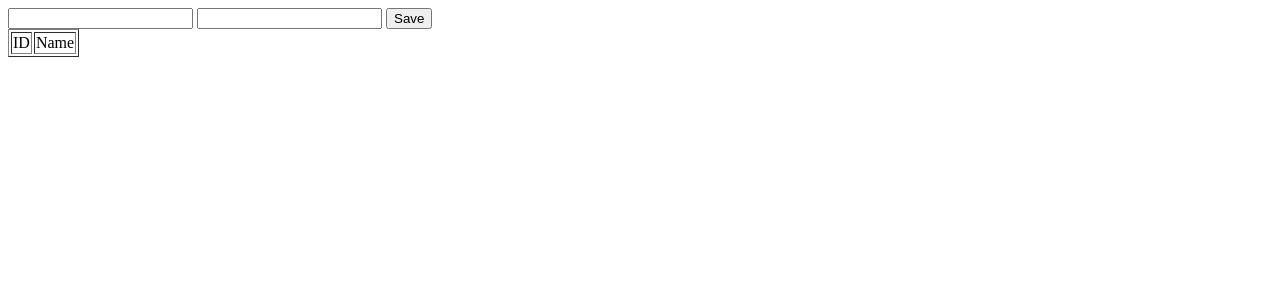
Repository: minhtuan16/JS-Basic
Page: JavaScript Begin/htmldom.html
An editor plug-in stored every save of this project. The page is shown before and after the next save, followed by the edit.
The browser window is 1280 px wide. The pictures show the whole page.

Above is the page before, as saved 2022-06-03 19:29:29.

After the next save:
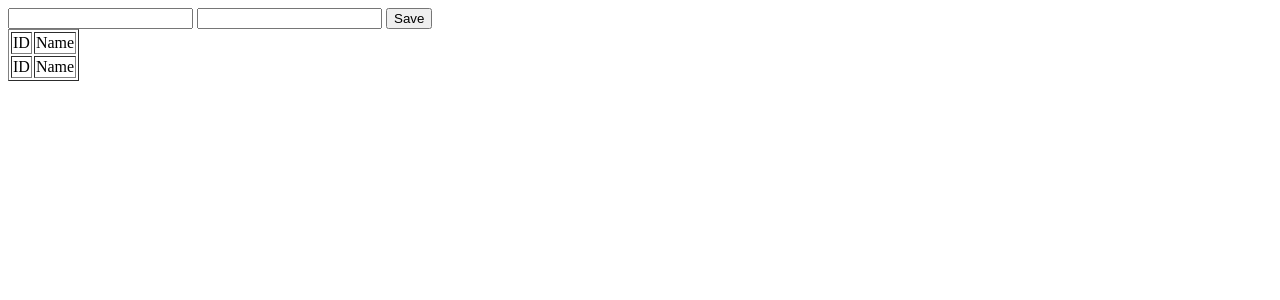
Saved 3 min 34 s later.
--- a/JavaScript Begin/htmldom.html
+++ b/JavaScript Begin/htmldom.html
@@ -19,7 +19,10 @@
         </tr>
 
         <tbody id="tableBody">
-
+            <tr>
+                <td>ID</td>
+                <td>Name</td>
+            </tr>
         </tbody>
     </table>
 
@@ -37,6 +40,12 @@
 
             tdId.innerHTML = person.id;
             tdName.innerHTML = person.name;
+
+            tr.appendChild(tdId);
+            tr.appendChild(tdName);
+
+            var tableBody = document.getElementById("tableBody");
+            tableBody.appendChild(tr)
         }
     </script>
 </body>

After the save that followed:
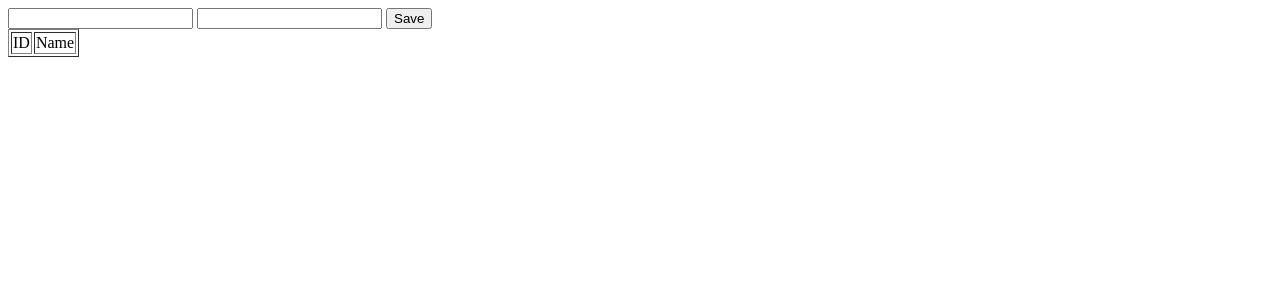
Saved 22 s later.
--- a/JavaScript Begin/htmldom.html
+++ b/JavaScript Begin/htmldom.html
@@ -19,10 +19,7 @@
         </tr>
 
         <tbody id="tableBody">
-            <tr>
-                <td>ID</td>
-                <td>Name</td>
-            </tr>
+
         </tbody>
     </table>
 
